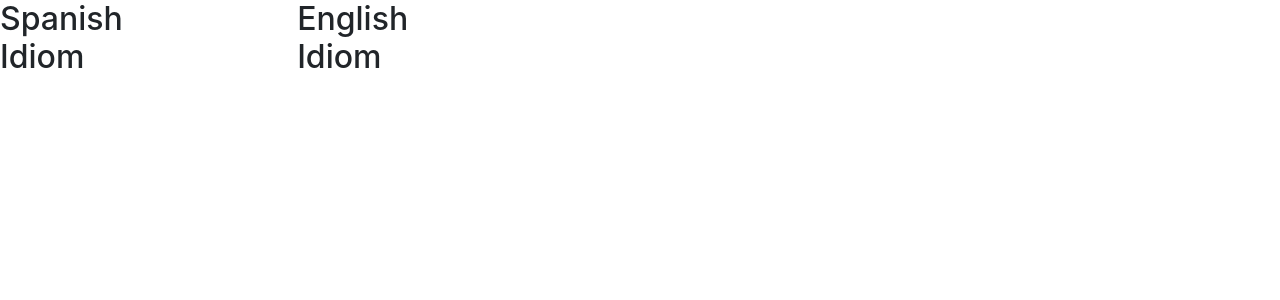
Repository: JK27/idioms-english-spanish
Page: http://localhost/
The author's editor kept a record of every edit. The page is drawn from the files as they stood at one moment, then again after the next edit.
The browser window is 1280 px wide. The pictures show the whole page.
The page is served by the project's application, run on Flask 3 (idioms.py). Queries for data that is not in the repository find no rows.

Above is the page before.
Console error: TypeError: Cannot read properties of undefined (reading 'fn')

### templates/idioms.html
{% extends "base.html" %} {% block content %}

<div class="row">
    <div class="col-5">
        <h2>Spanish Idiom</h2>
    </div>
    <div class="col-2"></div>
    <div class="col-5">
        <h2>English Idiom</h2>
    </div>
</div>
{% for idiom in idioms %}

<div class="row">
    <div class="card col-5">
        <div class="card-body">
            <h5 class="card-title"><em>"{{idiom.spanish_idiom}}"</em></h5>
            <p class="card-text"> {{idiom.english_literal}}</p>
            <p class="card-text">{{idiom.english_meaning}}</p>
        </div>
    </div>
    <div class="card middle-column col-2">
        <h5 class="card-title"><em>Equivalent idiom</em></h5>
        <p class="card-text">Literal translation</p>
        <p class="card-text">Meaning</p>
        <a class="btn btn-primary btn-sm" href="{{url_for('edit_idiom', idiom_id=idiom._id)}}" role="button">Edit</a>
        <a class="btn btn-danger btn-sm" href="{{url_for('delete_idiom', idiom_id=idiom._id)}}" role="button">Delete</a>

    </div>

    <div class="card col-5">
        <div class="card-body">
            <h5 class="card-title"><em>"{{idiom.english_idiom}}"</em></h5>
            <p class="card-text">{{idiom.spanish_literal}}</p>
            <p class="card-text">{{idiom.spanish_meaning}}</p>
        </div>
    </div>

</div>

{% endfor %} {% endblock %}

### templates/base.html
<!DOCTYPE html>
<html lang="en">

<head>
    <meta charset="UTF-8">
    <meta name="viewport" content="width=device-width, initial-scale=1.0">
    <meta http-equiv="X-UA-Compatible" content="ie=edge">

    <link href="https://stackpath.bootstrapcdn.com/bootstrap/4.3.1/css/bootstrap.min.css" rel="stylesheet" integrity="sha384-ggOyR0iXCbMQv3Xipma34MD+dH/1fQ784/j6cY/iJTQUOhcWr7x9JvoRxT2MZw1T" crossorigin="anonymous">

    <script src="https://stackpath.bootstrapcdn.com/bootstrap/4.3.1/js/bootstrap.min.js" integrity="sha384-JjSmVgyd0p3pXB1rRibZUAYoIIy6OrQ6VrjIEaFf/nJGzIxFDsf4x0xIM+B07jRM" crossorigin="anonymous"></script>

    <title>Idioms English - Spanish</title>
</head>

<body>
    <div class="container-fluid">
        <div class="card-deck">
            {% block content %} {% endblock %}
        </div>
    </div>
</body>

</html>

### idioms.py
import os
from flask import Flask, render_template, redirect, request, url_for
from flask_pymongo import PyMongo
from bson.objectid import ObjectId

app = Flask(__name__)

app.config["MONGO_DBNAME"] = "idioms-and-proverbs"
app.config["MONGO_URI"] = "mongodb+srv://jk27:07diciembre18@cluster0-9pga0.mongodb.net/idioms-and-proverbs?retryWrites=true&w=majority"

mongo = PyMongo(app)

@app.route("/")
@app.route("/get_idioms")
def get_idioms():
    return render_template("idioms.html", idioms=mongo.db.idioms.find())

# ---------------------------------------------------------------------     Functions to add idioms -- #
@app.route("/add_idiom")
def add_idiom():
    return render_template("addidiom.html")

@app.route("/insert_idiom", methods=["POST"])                           #-- Data from form in addidiom.html is posted using this function...
def insert_idiom():
    idioms = mongo.db.idioms                                            #-- ... data is inserted to the idioms database...
    idioms.insert_one(request.form.to_dict())                           #-- ... inserting one item to the dictionary...
    return redirect(url_for("get_idioms"))                              #-- ... and then redirecting to /get_idioms

# ---------------------------------------------------------------------     Functions to edit idioms -- #
@app.route("/edit_idiom/ <idiom_id>")
def edit_idiom(idiom_id):                                               #-- Use idiom_id to target the idiom that want to edit
    the_idiom = mongo.db.idioms.find_one({"_id":ObjectId(idiom_id)})    #-- Retrieve the idiom from the idioms database, using its id to find it...
    return render_template("editidiom.html", idiom=the_idiom)           #-- ... and then redirecting to /editidiom.html

@app.route("/update_idiom/<idiom_id>", methods=["POST"])                #-- Data from form in editidiom.html is posted using this function...
def update_idiom(idiom_id):
    idioms = mongo.db.idioms                                            #-- ... data is updated in the idioms database...
    idioms.update({"_id":ObjectId(idiom_id)},                           #-- ... updating the item with a specific id...
    {
        "spanish_idiom": request.form.get("spanish_idiom"),             #-- ... each field for that item will be updated taking the input from...
        "english_literal": request.form.get("english_literal"),         #-- ... the corresponding field on the form
        "english_meaning": request.form.get("english_meaning"),
        "english_idiom": request.form.get("english_idiom"),
        "spanish_literal": request.form.get("spanish_literal"),
        "spanish_meaning": request.form.get("spanish_meaning")
    })
    return redirect(url_for("get_idioms"))

# -------------------------------------------------------------------- Function to delete idioms -- #
@app.route("/delete_idiom/<idiom_id>")
def delete_idiom(idiom_id):
    mongo.db.idioms.remove({"_id": ObjectId(idiom_id)})
    return redirect(url_for("get_idioms"))

if __name__ == "__main__":
    app.run(host=os.environ.get("IP"),
            port=int(os.environ.get("PORT")),
            debug=True)

### static/css/style.css
h2 {
    text-align: center;
    text-decoration: underline;
}

.row {
    margin-right: 0px;
    margin-left: 0px;
}

.middle-column {
    border: 0;
    padding-top: 20px;
    text-align: center;
}

.card {
    margin-bottom: 15px;
}

After the next edit:
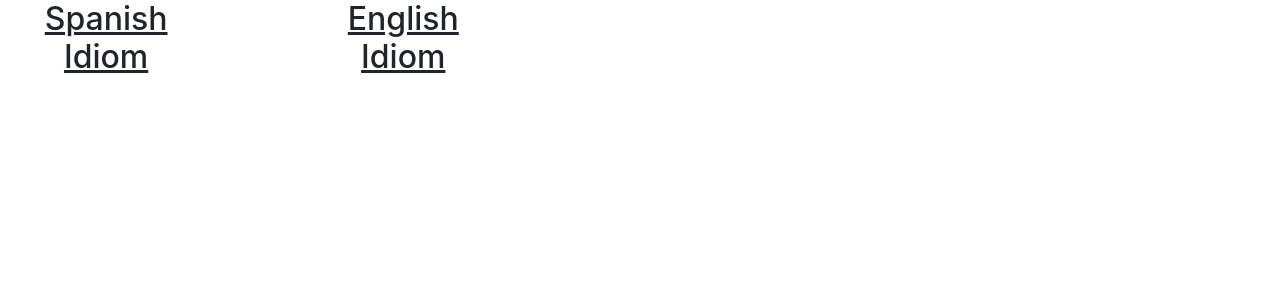
The edit:
--- a/templates/base.html
+++ b/templates/base.html
@@ -7,8 +7,11 @@
     <meta http-equiv="X-UA-Compatible" content="ie=edge">
 
     <link href="https://stackpath.bootstrapcdn.com/bootstrap/4.3.1/css/bootstrap.min.css" rel="stylesheet" integrity="sha384-ggOyR0iXCbMQv3Xipma34MD+dH/1fQ784/j6cY/iJTQUOhcWr7x9JvoRxT2MZw1T" crossorigin="anonymous">
+    <link rel="stylesheet" href="{{url_for('static', filename='css/style.css')}}" type="text/css" />
+
 
     <script src="https://stackpath.bootstrapcdn.com/bootstrap/4.3.1/js/bootstrap.min.js" integrity="sha384-JjSmVgyd0p3pXB1rRibZUAYoIIy6OrQ6VrjIEaFf/nJGzIxFDsf4x0xIM+B07jRM" crossorigin="anonymous"></script>
+
 
     <title>Idioms English - Spanish</title>
 </head>
